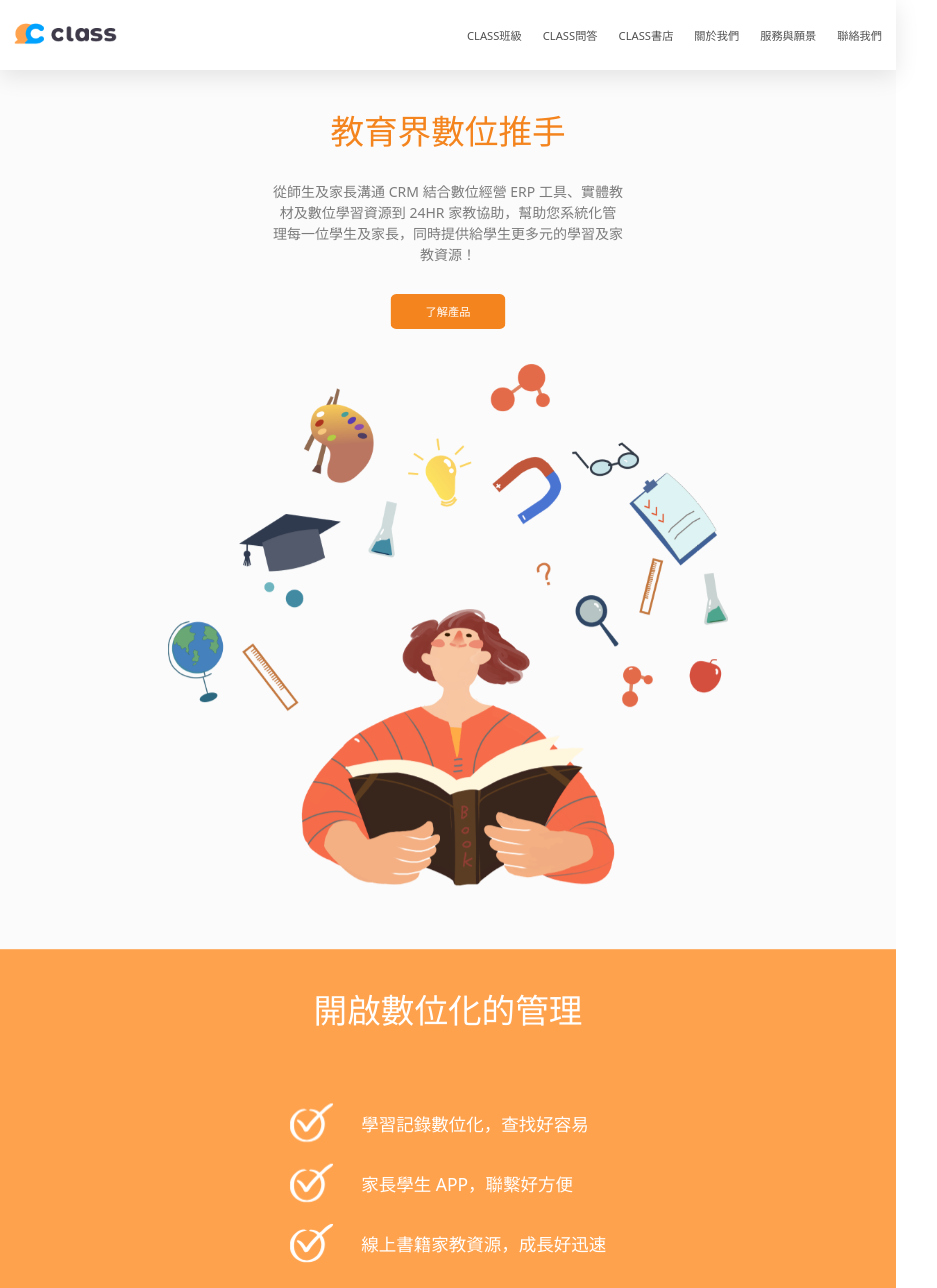
Repository: nathanltd/Class-Official
Page: /
These files come from the project's save history. The page is drawn as it stood at one moment and after a run of saves; the edit follows.
The browser window is 1280 px wide. The page is 1338 px wide, so the pictures cover 1338 px, including what lies to the right of the window. The pictures show the part of the page from y = 0 to 1840 px (the page is 6029 px tall), at 70% of full size.
The project was rebuilt for these pictures with package versions that can differ from the ones it lists, and the page was loaded fresh each time. Also part of the build but not shown: src/Components/DownloadApp/App.css, src/Components/DownloadApp/App.jsx, src/Pages/Class/styles/Feature.css, src/Pages/Class/Feature.jsx, src/Pages/Class/styles/Hero.css, src/Pages/Class/Hero.jsx, src/Pages/Class/styles/Provide.css, src/Pages/Class/Provide.jsx and 11 more.

Above is the page before, as saved 2022-10-15 10:39:45.

### public/index.html
<!DOCTYPE html>
<html lang="en">

<head>
  <meta charset="utf-8" />
  <link rel="icon" href="%PUBLIC_URL%/favicon.ico" />
  <meta name="viewport" content="width=device-width, initial-scale=1" />
  <meta name="theme-color" content="#000000" />
  <meta name="description" content="Web site created using create-react-app" />
  <link rel="apple-touch-icon" href="%PUBLIC_URL%/logo192.png" />
  <meta data-n-head="ssr" data-hid="description" name="description" content="提供 Class班級、Class問答及 Class書店服務，⼀個平台整合所有
    學習所需資源，購買 Class 系統三個願望⼀次滿⾜，還可導入管理
    經營數位化，不再需要⼈⼯催繳費⽤，也不⽤⼈⼯計算差勤，⼀鍵 e
    化只需要 Class克雷斯！
    ">
  <meta data-n-head="ssr" data-hid="og:description" property="og:description" content="提供 Class班級、Class問答及 Class書店服務，⼀個平台整合所有
    學習所需資源，購買 Class 系統三個願望⼀次滿⾜，還可導入管理
    經營數位化，不再需要⼈⼯催繳費⽤，也不⽤⼈⼯計算差勤，⼀鍵
    e 化只需要 Class克雷斯！">
  <!--
      manifest.json provides metadata used when your web app is installed on a
      user's mobile device or desktop. See https://developers.google.com/web/fundamentals/web-app-manifest/
    -->
  <link rel="manifest" href="%PUBLIC_URL%/manifest.json" />
  <!--
      Notice the use of %PUBLIC_URL% in the tags above.
      It will be replaced with the URL of the `public` folder during the build.
      Only files inside the `public` folder can be referenced from the HTML.

      Unlike "/favicon.ico" or "favicon.ico", "%PUBLIC_URL%/favicon.ico" will
      work correctly both with client-side routing and a non-root public URL.
      Learn how to configure a non-root public URL by running `npm run build`.
    -->
  <title>Class克雷斯 教育界數位推手領導品牌</title>
</head>

<body>
  <noscript>You need to enable JavaScript to run this app.</noscript>
  <div id="root"></div>
  <!--
      This HTML file is a template.
      If you open it directly in the browser, you will see an empty page.

      You can add webfonts, meta tags, or analytics to this file.
      The build step will place the bundled scripts into the <body> tag.

      To begin the development, run `npm start` or `yarn start`.
      To create a production bundle, use `npm run build` or `yarn build`.
    -->
</body>

</html>

### src/Pages/Landing/Landing.jsx
import About from "./About";
import Contact from "./Contact";
import Digital from "./Digital";
import Hero from "./Hero";
import Products from "./Products";

const Landing = () => {
  return (
    <div className="container mt-header">
      <div
        className="container"
        style={{ background: "#FBFBFB", width: "100%" }}
      >
        <Hero />
        <Digital />
      </div>
      <Products />
      <About />
      <Contact />
    </div>
  );
};

export default Landing;

### src/Layout/Header/Header.css
header {
  width: 100%;
  max-width: var(--max-width);
  display: flex;
  justify-content: space-between;
  align-items: center;
  height: 100px;
  transition: all 0.5s ease-in-out;
  padding-inline: 20px;
}
.header-wrapp {
  position: fixed;
  top: 0;
  background-color: white;
  box-shadow: 0px 8px 32px rgba(0, 0, 0, 0.1);
  left: 0;
  z-index: 5;
}
.header-move {
  height: 80px;
}
header img {
  transition: all 0.5s ease-in-out;
}
.header-move img {
  transform: scale(0.8);
}
header nav {
  display: flex;
  justify-content: center;
  align-items: center;
  gap: 30px;
}
header nav a {
  text-decoration: none;
  color: var(--text);
  font-weight: 500;
  font-size: 16px;
}
header svg {
  display: none !important;
}
@media screen and (max-width: 836px) {
  header nav {
    position: fixed;
    top: 0;
    right: -600px;
    flex-direction: column;
    height: 100%;
    align-items: flex-start;
    justify-content: flex-start;
    width: 343px;
    padding: 7rem 2rem;
    background-color: white;
    z-index: 67;
    gap: 35px;
    transition: all 0.6s ease-in-out;
  }
  .open-header {
    right: 0;
  }
  header svg {
    display: block !important;
    color: black;
    font-size: 25px;
    position: relative;
    z-index: 68;
    cursor: pointer;
  }
}
@media screen and (max-width: 430px) {
  header nav {
    width: 100%;
    align-items: center;
  }
}

### src/Layout/Footer/Footer.css
.foot-wrap {
  background: #fbfbfb;
  margin-top: 90px;
  position: relative;
}
footer {
  display: flex;
  justify-content: space-between;
  align-items: flex-start;
  width: 100%;
  max-width: var(--max-width);
  padding: 80px 20px;
}
footer p {
  margin-top: 40px;
  font-weight: 400;
  font-size: 14px;
  color: var(--text);
}
.right-footer {
  display: flex;
  justify-content: center;
  align-items: flex-start;
  gap: 50px;
}
.foot-col {
  display: flex;
  justify-content: flex-start;
  align-items: flex-start;
  flex-direction: column;
  gap: 20px;
}
.foot-col h2 {
  font-weight: 500;
  font-size: 16px;
  color: #252525;
  margin-bottom: 15px;
}
.foot-col a {
  text-decoration: none;
  font-weight: 400;
  font-size: 14px;
  color: var(--gray);
}
.social-div {
  display: flex;
  justify-content: center;
  align-items: center;
  gap: 20px;
}
.scroll-up {
  position: absolute;
  right: 5%;
  top: 0%;
  transform: translateY(-50%);
  cursor: pointer;
  width: 62px;
  object-fit: contain;
}
@media screen and (max-width: 730px) {
  footer {
    flex-direction: column;
    align-items: center;
    gap: 60px;
  }
}
@media screen and (max-width: 500px) {
  .right-footer {
    flex-direction: column;
    align-items: center;
  }
  .foot-col {
    align-items: center;
  }
}

### src/Pages/Landing/Contact.jsx
import { useState } from "react";
import MailModal from "../../Components/MailModal/MailModal";
import "./styles/Contact.css";
import { Fade } from "react-reveal";

const Contact = () => {
  const [formData, setFormData] = useState({
    name: "",
    phone: "",
    email: "",
    school: "",
    service: "",
    content: "",
  });
  const [disabled, setDisabled] = useState(false);
  const [openModal, setOpenModal] = useState(false);
  /*
  const submitHandler = async (e) => {
    e.preventDefault();
    // axios
    //   .post(
    //     "https://script.google.com/macros/s/AKfycbx_jGvvdg6NEhaPBgAtF5FQlcTgGuSReBgMBjS1J_YE7srs-QfrlcxcemfXgAFn2kVf/exec",
    //     formData
    //   )
    //   .then(() => console.log("done0"))
    //   .catch(() => console.log("error"));
  };
  */
  //input field handler ------------------------------------
  /*
  const changeHandler = (e) => {
    const inputName = e.target.name;
    setFormData((prev) => {
      return { ...prev, [inputName]: e.target.value };
    });
    for (const key in formData) {
      if (Object.hasOwnProperty.call(formData, key)) {
        const element = formData[key];
        if (element === "") {
          setDisabled(false);
        } else {
          setDisabled(true);
        }
      }
    }
  };
  */
  return (
    <div id="contact" className="contact">
      {openModal && <MailModal closeModal={setOpenModal} />}
      <div className="max-cont">
        <iframe name="hidden_iframe" style={{ display: "none" }}></iframe>
        <Fade>
          <form
            action="https://script.google.com/macros/s/AKfycbx_jGvvdg6NEhaPBgAtF5FQlcTgGuSReBgMBjS1J_YE7srs-QfrlcxcemfXgAFn2kVf/exec"
            method="post"
            target="hidden_iframe"
            //onSubmit={submitHandler}
          >
            <input
              //onChange={changeHandler}
              name="name"
              //value={formData.name}
              type="text"
              placeholder="姓名"
            />
            <input
              //onChange={changeHandler}
              //value={formData.phone}
              name="phone"
              type="text"
              placeholder="電話"
            />
            <input
              //onChange={changeHandler}
              //value={formData.email}
              name="email"
              type="text"
              placeholder="Email"
            />
            <input
              //onChange={changeHandler}
              //value={formData.school}
              name="school"
              type="text"
              placeholder="學校／補習班名稱"
            />
             <input
              //onChange={changeHandler}
              //value={formData.service}
              name="service"
              type="text"
              placeholder="服務"
            />
            <input
              //onChange={changeHandler}
              //value={formData.content}
              name="content"
              type="text"
              placeholder="描述"
            />
            <button
              className={` ""  `}
              type="submit"
            >
              送出
            </button>
          </form>
        </Fade>
        <div className="contact-info">
          <Fade top>
            <h2>想要數位化經營，提供三位一體的服務給學生家長嗎？</h2>
          </Fade>
          <div className="contacts">
            <Fade bottom cascade>
              <a href="mailto:class@gmail.com">
                <img src="/assets/mail.png" alt="" /> classup101@gmail.com
              </a>

              <a href="tel:(03)3568371">
                <img src="/assets/phone.png" alt="" /> 03-3568371
              </a>
              <a href="#">
                <img src="/assets/location.png" alt="" />{" "}
                桃園市桃園區同德二街1號6樓
              </a>
            </Fade>
          </div>
        </div>
      </div>
      <img src="/assets/girl.png" alt="" className="girl" />
    </div>
  );
};

export default Contact;

### src/Pages/Landing/Digital.jsx
import "./styles/Digital.css";
import { Fade } from "react-reveal";

const Digital = () => {
  return (
    <div className="digital">
      <img src="/assets/curve.png" alt="" className="curve" />
      <div className="abs-curve-text">
        <img src="/assets/study.png" alt="" />
        <div className="right-abs">
          <Fade>
            <h2>開啟數位化的管理</h2>
          </Fade>
          <div className="list">
            <Fade cascade bottom>
              <p>
                <img src="/assets/tick.svg" alt="" />
                學習記錄數位化，查找好容易
              </p>
              <p>
                <img src="/assets/tick.svg" alt="" /> 家長學生 APP，聯繫好方便
              </p>
              <p>
                <img src="/assets/tick.svg" alt="" />{" "}
                線上書籍家教資源，成長好迅速
              </p>
            </Fade>
          </div>
        </div>
      </div>
    </div>
  );
};

export default Digital;

### src/Pages/Landing/Hero.jsx
import "./styles/Hero.css";
//ANIMATION LIBRARY
import { Fade } from "react-reveal";

const Hero = () => {
  return (
    <div className="max-cont">
      <div className="landing-hero">
        <div className="left-hero">
          <Fade duration={1000} left>
            <h1>教育界數位推手</h1>
          </Fade>
          <Fade delay={200} duration={1000} left>
            <p>
              從師生及家長溝通 CRM 結合數位經營 ERP
              工具、實體教材及數位學習資源到 24HR
              家教協助，幫助您系統化管理每一位學生及家長，同時提供給學生更多元的學習及家教資源！
            </p>
          </Fade>
          <Fade delay={400} duration={1000} left>
            <a href="#products" className="cta-btn">
              了解產品
            </a>
          </Fade>
        </div>
        <Fade delay={1000}>
          <img src="/assets/landing-hero.png" alt="" />
        </Fade>
      </div>
    </div>
  );
};

export default Hero;

### src/Pages/Tutor/styles/Function.css
.func {
  padding: 100px 0px;
  padding-bottom: 0px;
}
.func h1 {
  margin-bottom: 150px;
}
.func-row {
  display: flex;
  justify-content: space-between;
  align-items: left;
  gap: 140px;
}
.func-row:not(:last-of-type) {
  margin-bottom: 200px;
}
.func-row:last-child img {
  order: 2;
}
.func-row h2 {
  color: var(--orange);
  font-weight: 500;
  font-size: 40px;
  margin-bottom: 70px;
}
.func-row p {
  font-weight: 500;
  font-size: 16px;
  line-height: 26px;
  color: var(--gray);
}
@media screen and (max-width: 1232px) {
  .func-row {
    gap: 50px;
  }
}
@media screen and (max-width: 1050px) {
  .func-row {
    flex-direction: column;
    gap: 70px;
  }
  .func-row:last-child img {
    order: 0;
  }
  .func-row h2 {
    margin-bottom: 20px;
  }
  .func-row:not(:last-of-type) {
    margin-bottom: 140px;
  }
}
@media screen and (max-width: 662px) {
  .func-row img {
    max-width: 100%;
    object-fit: contain;
  }
  .func h1 {
    margin-bottom: 80px;
  }
  .func-row {
    text-align: left;
  }
  .func-row h2 {
    font-size: 25px;
  }
  .func-row p {
    font-size: 14px;
  }
  .func-row:not(:last-of-type) {
    margin-bottom: 100px;
  }
}

### src/Pages/Tutor/styles/Help.css
.help-cont {
  background-color: #fff4ea;
  padding: 180px 0px;
  position: relative;
}
.book {
  position: absolute;
}
.book1 {
  top: 20%;
  left: 0;
}
.book2 {
  bottom: 20%;
  right: 0;
}
.help-row {
  display: flex;
  justify-content: center;
  align-items: stretch;
  width: 100%;
  gap: 40px;
  margin-top: 220px;
}
.help-box {
  display: flex;
  justify-content: center;
  align-items: center;
  flex-direction: column;
  text-align: left;
  gap: 20px;
  width: 100%;
  background: #ffffff;
  border-radius: 20px;
  padding: 90px;
  position: relative;
}
.help-box img {
  position: absolute;
  top: 0;
  left: 50%;
  transform: translate(-50%, -50%);
}
.help-box h3 {
  color: var(--text);
  font-weight: 500;
  font-size: 32px;
  margin-top: 100px;
}
.help-box p {
  font-weight: 500;
  font-size: 16px;
  line-height: 26px;
  color: var(--gray);
}
@media screen and (max-width: 1464px) {
  .book2 {
    bottom: 7%;
  }
}
@media screen and (max-width: 1084px) {
  .help-box {
    padding-inline: 40px;
  }
}
@media screen and (max-width: 810px) {
  .help-row {
    flex-direction: column;
    margin-top: 150px;
    gap: 200px;
  }
  .help-box {
    padding: 50px 30px;
  }
}
@media screen and (max-width: 430px) {
  .help-cont {
    padding: 100px 0px;
  }
  .help-box img {
    width: 180px;
    object-fit: contain;
  }
  .help-row {
    gap: 160px;
  }
  .book1 {
    width: 100px;
    object-fit: contain;
  }
  .book1 {
    top: 15%;
  }
  .book2 {
    bottom: 0px;
  }
}

### src/Pages/Landing/styles/About.css
.about {
  margin-top: -420px;
  display: flex;
  justify-content: center;
  position: relative;
  align-items: center;
  flex-direction: column;
  width: 100%;
  isolation: isolate;
}

.about>img {
  position: absolute;
  max-width: 100%;
  z-index: -1;
}

.about .book {
  right: 0;
  top: 0%;
}

.about .trophy {
  left: 0;
  bottom: 0%;
}

.about .max-cont {
  gap: 90px;
}

.about h1 {
  font-weight: 500;
  font-size: 48px;
  color: #252525;
  margin-bottom: 50px;
}

.text-left {
  text-align: left;
}

.pt-4 {
  padding-top: 1rem;
}

@media screen and (max-width: 1285px) {
  .about {
    margin-top: 100px;
  }

  .about .max-cont {
    gap: 30px;
  }

  .about .book {
    top: 0%;
  }

  .about .trophy {
    bottom: 30%;
  }
}

### src/Pages/Landing/styles/Hero.css
.landing-hero {
  width: 100%;
  display: grid;
  place-items: flex-start;
  grid-template-columns: 1fr 1fr;
  margin-top: 150px;
  column-gap: 100px;
}
.landing-hero > img {
  /* align-self: flex-end; */
  max-width: 800px;
  width: 100%;
  object-fit: contain;
}
.left-hero {
  display: flex;
  justify-content: center;
  align-items: flex-start;
  flex-direction: column;
  gap: 40px;
}
.left-hero h1 {
  color: var(--orange);
  font-weight: 500;
  font-size: 48px;
}
.left-hero p {
  font-weight: 500;
  font-size: 20px;
  line-height: 30px;
  color: var(--gray);
  max-width: 500px;
}
.left-hero a {
  background-color: var(--orange);
  text-decoration: none;
  border-radius: 8px;
  width: 164px;
  height: 50px;
  display: grid;
  place-items: center;
  color: white;
  font-weight: 500;
  font-size: 16px;
}
@media screen and (max-width: 1285px) {
  .landing-hero {
    grid-template-columns: 1fr;
    place-items: center;
    row-gap: 50px;
    margin-top: 50px;
  }
  .left-hero {
    align-items: center;
    text-align: center;
  }
}
@media screen and (max-width: 500px) {
  .left-hero h1 {
    font-size: 30px;
  }
  .left-hero {
    gap: 20px;
  }
  .left-hero p {
    font-size: 16px;
  }
}

### src/Components/MailModal/MailModal.jsx
import "./MailModal.css";
import { useEffect } from "react";
//ICON LIBRARY ----------------------------
import { faXmark } from "@fortawesome/free-solid-svg-icons";
import { FontAwesomeIcon } from "@fortawesome/react-fontawesome";

const MailModal = ({ closeModal }) => {
  useEffect(() => {
    document.querySelector(".foot-wrap").style.zIndex = "-1";
    return () => {
      document.querySelector(".foot-wrap").style.zIndex = "2";
    };
  }, []);

  return (
    <>
      <div className="overlay" onClick={() => closeModal(false)}></div>
      <div className="mail-modal">
        <FontAwesomeIcon icon={faXmark} onClick={() => closeModal(false)} />
        <h1>我們已收到你的來信！</h1>
        <img src="/assets/recieve.png" alt="" />
        <button onClick={() => closeModal(false)}>關閉</button>
      </div>
    </>
  );
};

export default MailModal;

### src/Components/MailModal/MailModal.css
.mail-modal {
  display: flex;
  justify-content: center;
  align-items: center;
  flex-direction: column;
  gap: 20px;
  z-index: 68;
  background-color: white;
  position: fixed;
  top: 50%;
  left: 50%;
  transform: translate(-50%, -50%);
  max-width: 442px;
  width: 95%;
  height: 418px;
  gap: 40px;
  box-shadow: 0px 2px 20px rgba(0, 0, 0, 0.05);
  border-radius: 16px;
}
.mail-modal svg {
  color: #d3d3d3;
  font-size: 30px;
  position: absolute;
  top: 2%;
  right: 4%;
  cursor: pointer;
}
.mail-modal h1 {
  font-weight: 500;
  font-size: 20px;
  color: var(--orange);
}
.mail-modal img {
  max-width: 100%;
  object-fit: contain;
}
.mail-modal button {
  width: 100%;
  background: #ffa24d;
  max-width: 280px;
  border-radius: 6px;
  color: white;
  height: 50px;
  font-weight: 500;
  font-size: 14px;
  border: none;
  cursor: pointer;
}

Loaded but not shown: src/index.js (common file); src/App.js (33 lines, source omitted); src/Layout/Header/Header.jsx (105 lines, source omitted); src/Pages/Landing/styles/Contact.css (139 lines, source omitted); src/Pages/Landing/styles/Producs.css (124 lines, source omitted); src/Pages/Landing/About.jsx (53 lines, source omitted); src/Pages/Landing/styles/Digital.css (108 lines, source omitted); src/Layout/Footer/Footer.jsx (56 lines, source omitted); src/index.css (86 lines, source omitted); src/Pages/Landing/Products.jsx (52 lines, source omitted); src/App.css (no stored copy; drawn as an empty file); src/Pages/BookStore/styles/Hero.css (no stored copy; drawn as an empty file); src/Pages/Tutor/styles/Hero.css (no stored copy; drawn as an empty file)

After the next 2 saves:
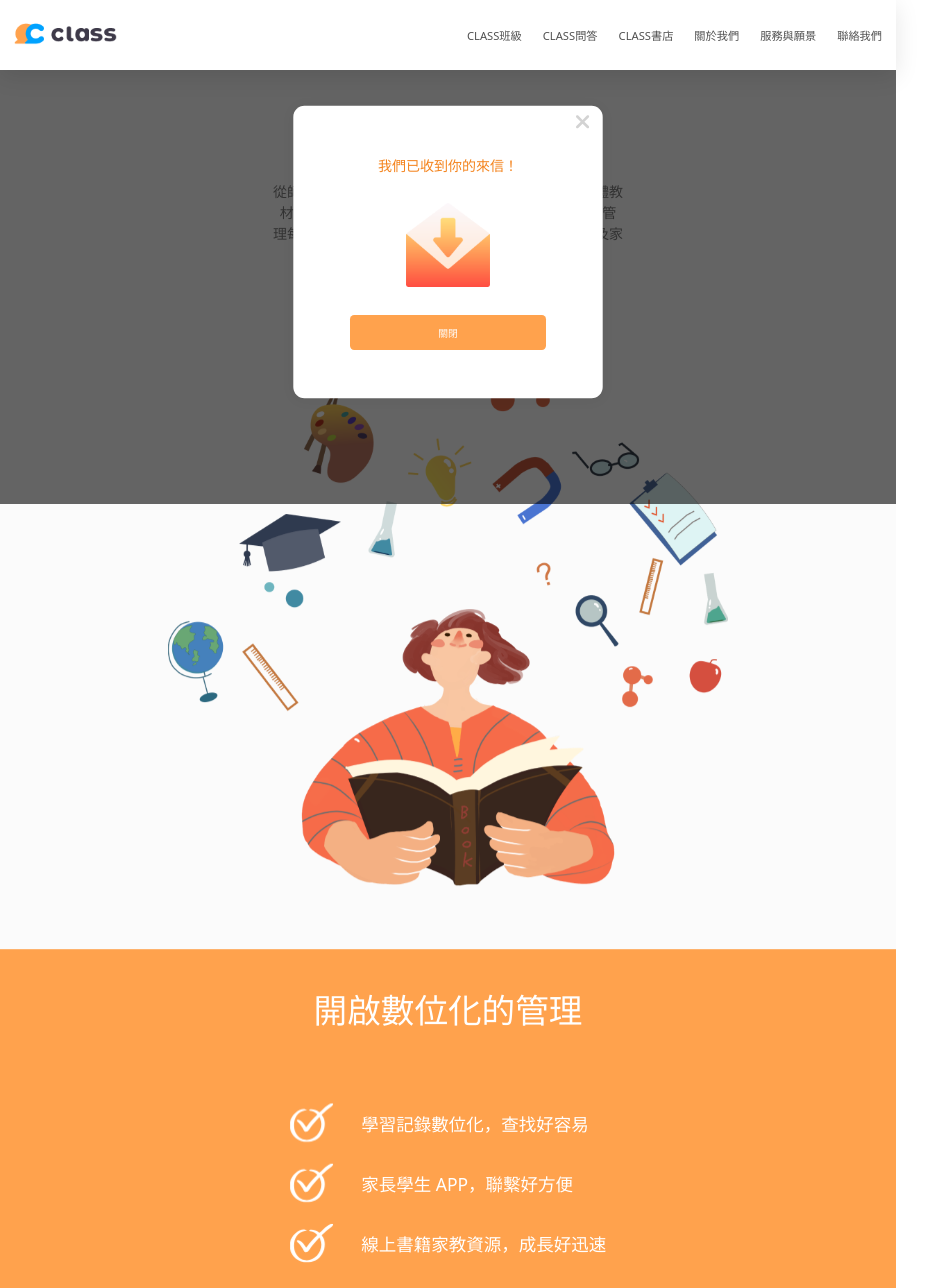
The 2 saves are shown as one change because they came seconds apart.
The last was saved 3 min 7 s later.
--- a/src/Pages/Landing/Contact.jsx
+++ b/src/Pages/Landing/Contact.jsx
@@ -13,7 +13,7 @@
     content: "",
   });
   const [disabled, setDisabled] = useState(false);
-  const [openModal, setOpenModal] = useState(false);
+  const [openModal, setOpenModal] = useState(true);
   /*
   const submitHandler = async (e) => {
     e.preventDefault();

After the save that followed:
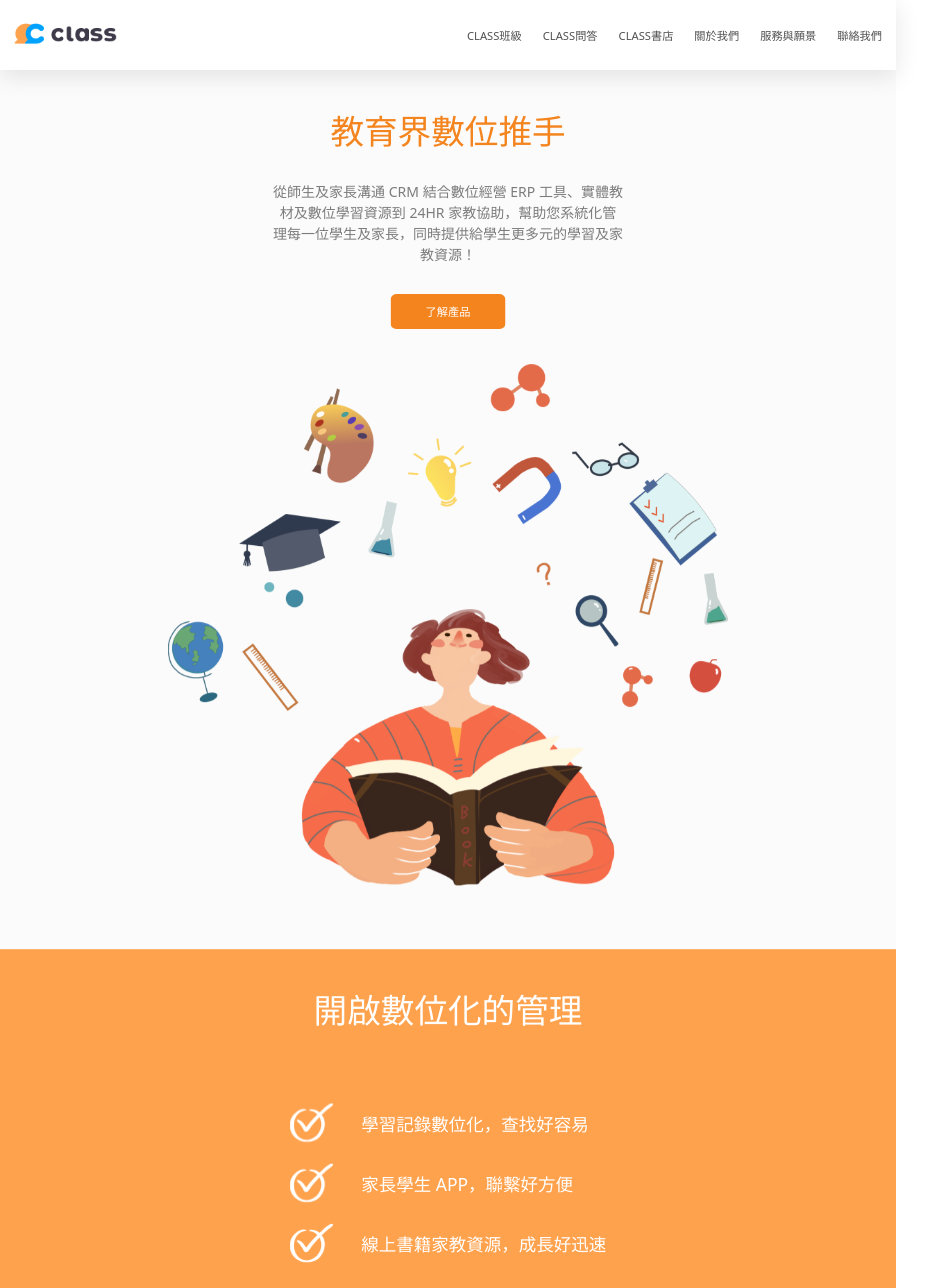
Saved 59 s later.
--- a/src/Pages/Landing/Contact.jsx
+++ b/src/Pages/Landing/Contact.jsx
@@ -13,7 +13,7 @@
     content: "",
   });
   const [disabled, setDisabled] = useState(false);
-  const [openModal, setOpenModal] = useState(true);
+  const [openModal, setOpenModal] = useState(false);
   /*
   const submitHandler = async (e) => {
     e.preventDefault();
